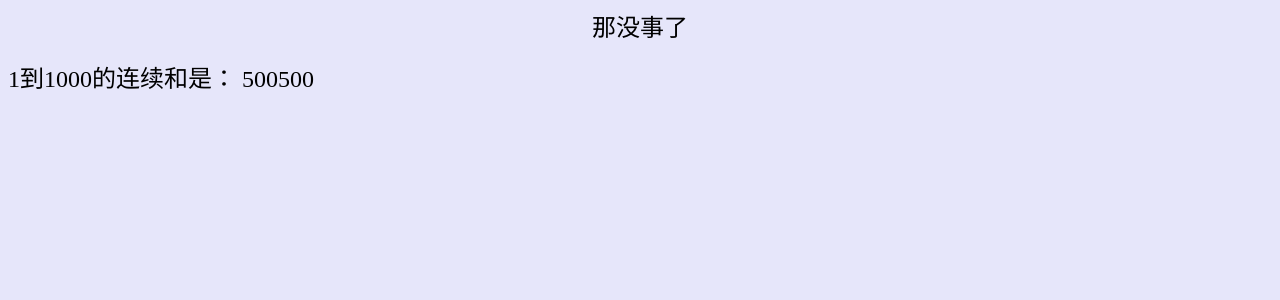
Repository: 871049921/MyCode
Page: http://localhost/Web-Test001/
These files come from the project's save history. The page is drawn as it stood at one moment and after the next save; the edit follows.
The browser window is 1280 px wide. The pictures show the whole page.
The page is served by Tomcat 9.

Above is the page before, as saved 2019-04-25 13:23:12.

After the next save:
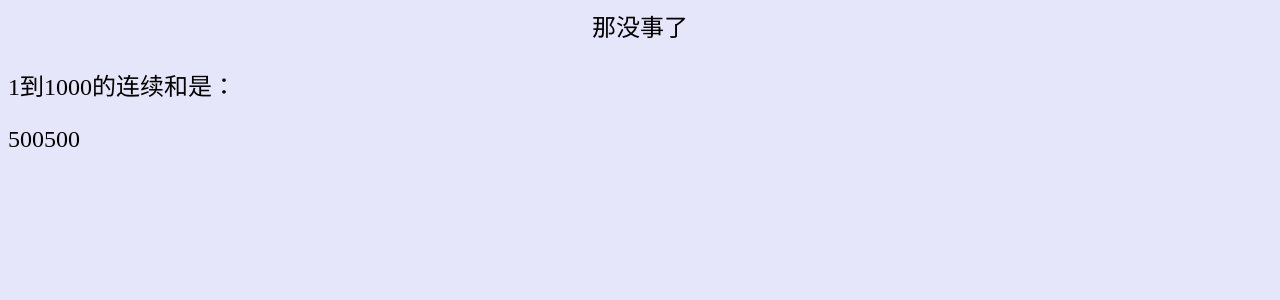
Saved 22 s later.
--- a/eclipse web-work/Web-Test001/WebContent/index.jsp
+++ b/eclipse web-work/Web-Test001/WebContent/index.jsp
@@ -16,7 +16,7 @@
 		sum += i;
 	}
 	%>
-	<p> 1到1000的连续和是：
+	<p> 1到1000的连续和是：</p>
 	<%=sum %>
 	</font>
 </body>
